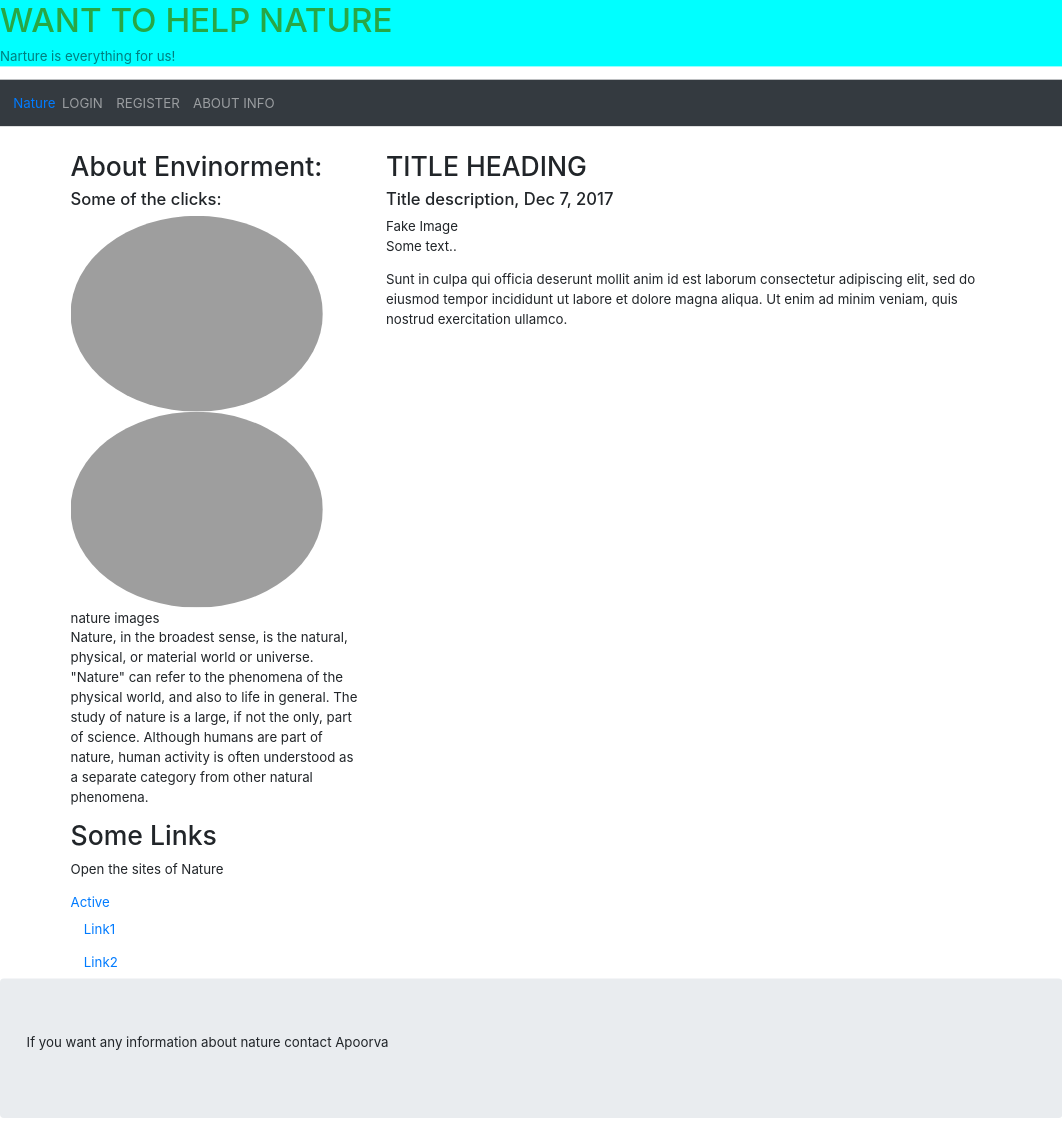
Repository: Apoorvasuswaram/cts
Page: appu/WebContent/main.html
These files come from the project's save history. The page is drawn as it stood at one moment and after the next save; the edit follows.
The browser window is 1280 px wide. The pictures show the whole page, at 83% of full size.
Pictures or frames that could not be fetched are drawn as grey boxes.

Above is the page before, as saved 2020-01-18 12:16:21.

### appu/WebContent/main.html
<!DOCTYPE html>
<html lang="en">
<head>
  <title>WANT TO HELP NATURE</title>
  <meta charset="utf-8">
  <meta name="viewport" content="width=device-width, initial-scale=1">
  <link rel="stylesheet" href="https://maxcdn.bootstrapcdn.com/bootstrap/4.4.1/css/bootstrap.min.css">
  <script src="https://ajax.googleapis.com/ajax/libs/jquery/3.4.1/jquery.min.js"></script>
  <script src="https://cdnjs.cloudflare.com/ajax/libs/popper.js/1.16.0/umd/popper.min.js"></script>
  <script src="https://maxcdn.bootstrapcdn.com/bootstrap/4.4.1/js/bootstrap.min.js"></script>
  <style>
  .fakeimg{
  .rounded_circle {
  <img src="beautiful.jpg" class="rounded-circle" alt="Nature" width="304" height="236">
    height: 200px;
    /background: #aaa;
  }
  }
  </style>
</head>
<body>

<div style="background-color:cyan" class="text-black-50" class="container text-center text-danger" style="margin-bottom:10" >
  <h1 class="text-success">WANT TO HELP NATURE</h1>
  <p>Narture is everything for us!</p>
</div>

<nav class="navbar navbar-expand-sm bg-dark navbar-dark">
  <a class="nature" href="https://www.nature.com/">Nature</a>
  <button class="navbar-toggler" type="button" data-toggle="collapse" data-target="#collapsibleNavbar">
    <span class="navbar-toggler-icon"></span>
  </button>
  <div class="collapse navbar-collapse" id="collapsibleNavbar">
    <ul class="navbar-nav">
      <li class="nav-item">
        <a class="nav-link" href="a.html">LOGIN</a>
      </li>
      <li class="nav-item">
        <a class="nav-link" href="b.html">REGISTER</a>
      </li>
      <li class="nav-item">
        <a class="nav-link" href="c.html">ABOUT INFO</a>
      </li>
    </ul>
  </div>
</nav>

<div class="container" style="margin-top:30px">
  <div class="row" >
    <div class="col-sm-4">
      <h2>About Envinorment:</h2>
      <h5>Some of the clicks:</h5>
      <img src="https://encrypted-tbn0.gstatic.com/images?q=tbn:ANd9GcT7phRPxEJ5AdGMS80Z9TYliyJsaAeqdgo7zPae0Abqflge0t0g&s" class="rounded-circle" alt="Nature" width="304" height="236">
      <img src="https://www.theglobeandmail.com/resizer/CiTkf2JIqrKG3C4P3y0PLbf0lqk=/620x0/filters:quality(80)/arc-anglerfish-tgam-prod-tgam.s3.amazonaws.com/public/MFAAGTRQQ5EQNIJ2WEA6DMYO6Q.jpg" class="rounded-circle" alt="Nature1" width="304" height="236">
      <div class="fakeimg">nature images</div>
      <p>Nature, in the broadest sense, is the natural, physical, or material world or universe. "Nature" can refer to the phenomena of the physical world, and also to life in general. The study of nature is a large, if not the only, part of science. Although humans are part of nature, human activity is often understood as a separate category from other natural phenomena.</p>
      <h2>Some Links</h2>
      <p class="text-register">Open the sites of Nature</p>
      <ul class="nav nav-pills flex-column">
        <li class="nav-item">
          <a class="nat-link active" href="#">Active</a>
        </li>
        <li class="nav-item">
          <a class="nav-link" href="https://www.natureasia.com/en">Link1</a>
        </li>
        <li class="nav-item">
          <a class="nav-link" href="https://www.springernature.com/gp/open-research/journals-books/journals">Link2</a>
        </li>
      </ul>
      <hr class="d-sm-none">
    </div>
    <div class="col-sm-8">
      <h2>TITLE HEADING</h2>
      <h5>Title description, Dec 7, 2017</h5>
      <div class="fakeimg">Fake Image</div>
      <p>Some text..</p>
      <p>Sunt in culpa qui officia deserunt mollit anim id est laborum consectetur adipiscing elit, sed do eiusmod tempor incididunt ut labore et dolore magna aliqua. Ut enim ad minim veniam, quis nostrud exercitation ullamco.</p>
      <br>
    </div>
  </div>
</div>

<div class="jumbotron" style="margin-top:10" >
  <p>If you want any information about nature contact Apoorva</p>
</div>

</body>
</html>

After the next save:
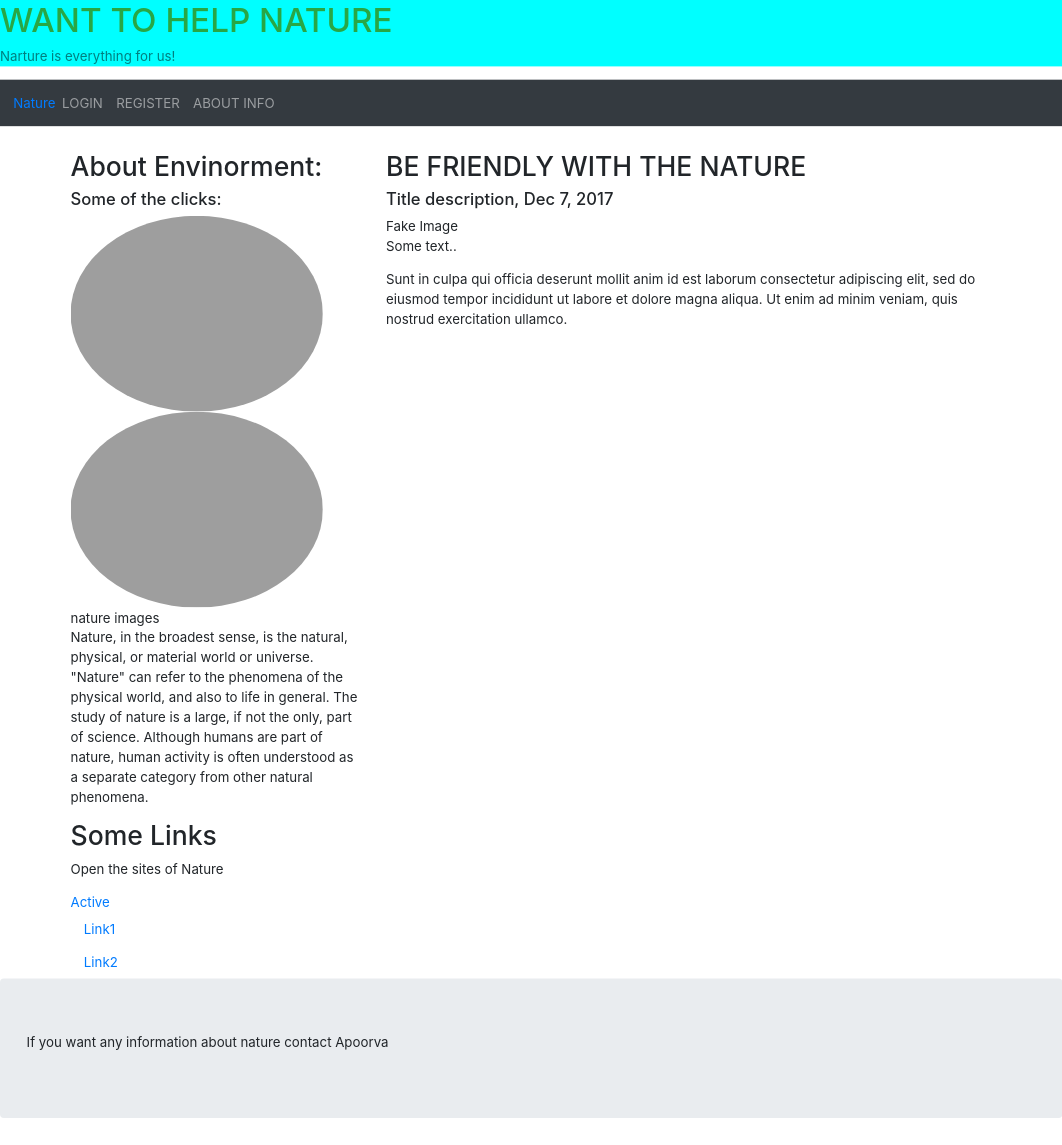
Saved 2 min 3 s later.
--- a/appu/WebContent/main.html
+++ b/appu/WebContent/main.html
@@ -70,7 +70,7 @@
       <hr class="d-sm-none">
     </div>
     <div class="col-sm-8">
-      <h2>TITLE HEADING</h2>
+      <h2>BE FRIENDLY WITH THE NATURE</h2>
       <h5>Title description, Dec 7, 2017</h5>
       <div class="fakeimg">Fake Image</div>
       <p>Some text..</p>
